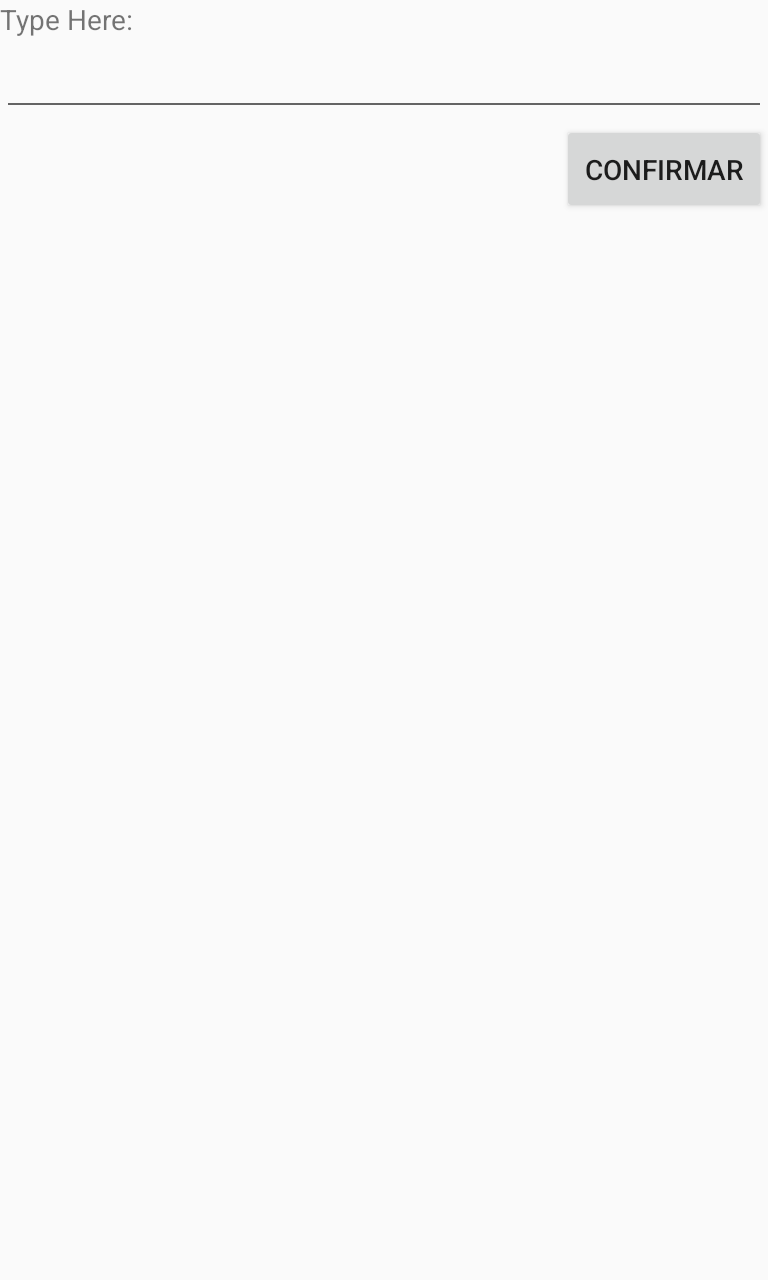
Repository: jromanz/android-projects
Layout: ListaAlumnos/res/layout/activity_relative_layout.xml
An editor plug-in stored every save of this project. The layout is shown before and after the next save, followed by the edit.
It is drawn on a 768 x 1280 px phone screen (xhdpi) without system bars, with theme AppTheme; the app's code is not run.

Above is the layout before, as saved 2014-08-28 21:57:23.

### ListaAlumnos/res/layout/activity_relative_layout.xml
<RelativeLayout xmlns:android="http://schemas.android.com/apk/res/android"
    xmlns:tools="http://schemas.android.com/tools"
    android:layout_width="match_parent"
    android:layout_height="match_parent"
    tools:context="${relativePackage}.${activityClass}" >

    <TextView
        android:id="@+id/typeHere"
        android:layout_width="wrap_content"
        android:layout_height="wrap_content"
        android:text="@string/typeHere"
        />
	<EditText
	    android:id="@+id/txtRelative"
	    android:layout_below="@+id/typeHere"
	    android:layout_width="match_parent"
	    android:layout_height="wrap_content"
	    android:inputType="text"
	    />
	<Button
	    android:id="@+id/btnRelConfirmar"
	    android:layout_below="@+id/txtRelative"
	    android:layout_alignParentRight="true"
	    android:layout_width="wrap_content"
	    android:layout_height="wrap_content"
	    android:text="@string/relConfirmar"
	    />
	<Button
	    android:id="@+id/btnRelCancelar"
	    android:layout_toRightOf="@+id/btnRelConfirmar"
	    android:layout_width="wrap_content"
	    android:layout_height="wrap_content"
	    android:text="@string/relConfirmar"
	    />

</RelativeLayout>

### ListaAlumnos/res/values/strings.xml
<?xml version="1.0" encoding="utf-8"?>
<resources>

    <string name="app_name">ListaAlumnos</string>
    <string name="hello_world">Hello world!</string>
    <string name="action_settings">Settings</string>
    <string name="title_activity_formulario">Registro Alumnos</string>
    <string name="explica">Tu amigo explica!</string>
    <string name="btnConfirmar">Confirmar</string>
    <string name="btnRetornar">Retornar</string>
    <string name="ir">Ir Registro</string>
    <string name="title_activity_linear_layout">LinearLayoutActivity</string>
    <string name="linearLayout">Linear Layout</string>
    <string name="btn1Linear">Boton 1</string>
    <string name="btn2Linear">Boton 2</string>
    <string name="btn3Linear">Boton 3</string>
    <string name="btnRetornarLinear">Retornar</string>
    <string name="title_activity_table_layout">TableLayoutActivity</string>
    <string name="tableLayout">TableLayoutActivity</string>
    <string name="btnRetornarTable">Retornar</string>
    <string name="title_activity_relative_layout">RelativeLayoutActivity</string>
    <string name="typeHere">Type Here:</string>
    <string name="relativeLayout">Relative Layout</string>
	<string name="relConfirmar">Confirmar</string>
</resources>

Loaded but not shown: ListaAlumnos/res/values/styles.xml (common file); ListaAlumnos/res/values-v11/styles.xml (common file); ListaAlumnos/res/values-v14/styles.xml (common file)

After the next save:
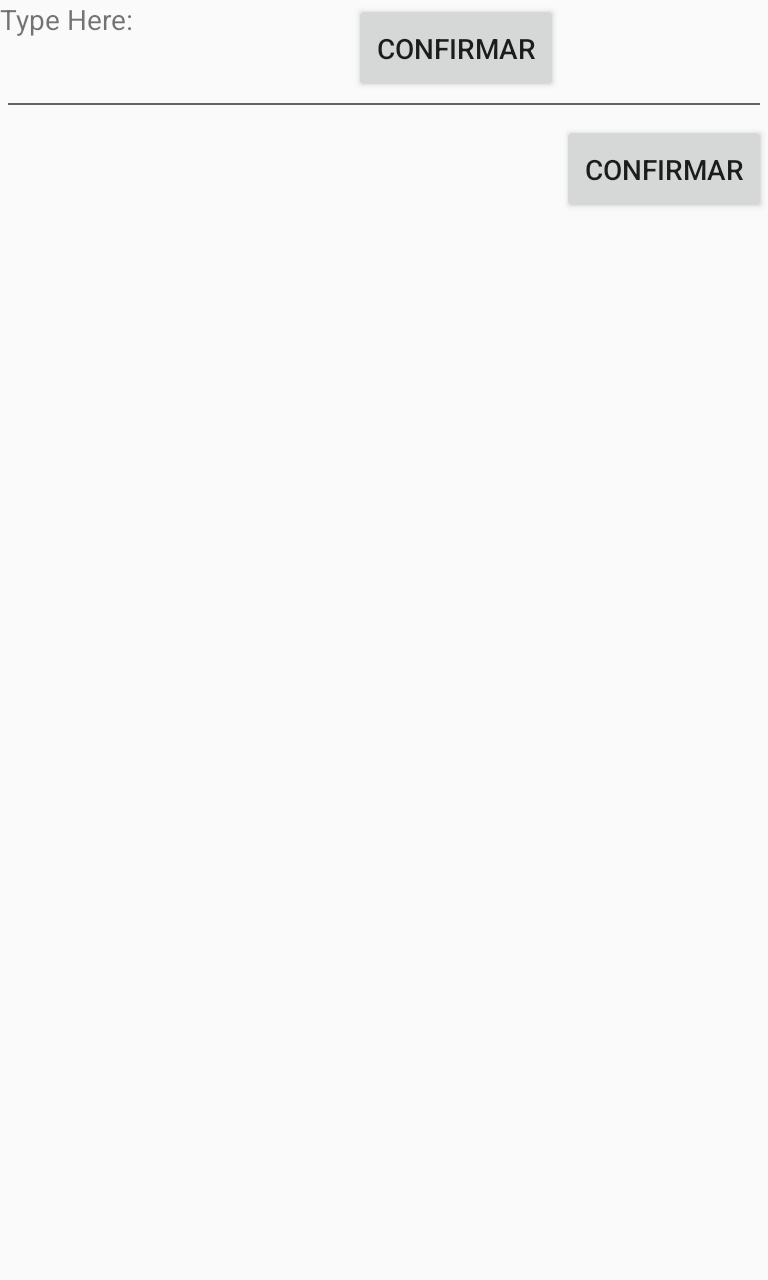
Saved 3 min 15 s later.
--- a/ListaAlumnos/res/layout/activity_relative_layout.xml
+++ b/ListaAlumnos/res/layout/activity_relative_layout.xml
@@ -27,7 +27,7 @@
 	    />
 	<Button
 	    android:id="@+id/btnRelCancelar"
-	    android:layout_toRightOf="@+id/btnRelConfirmar"
+	    android:layout_toLeftOf="@+id/btnRelConfirmar"
 	    android:layout_width="wrap_content"
 	    android:layout_height="wrap_content"
 	    android:text="@string/relConfirmar"
